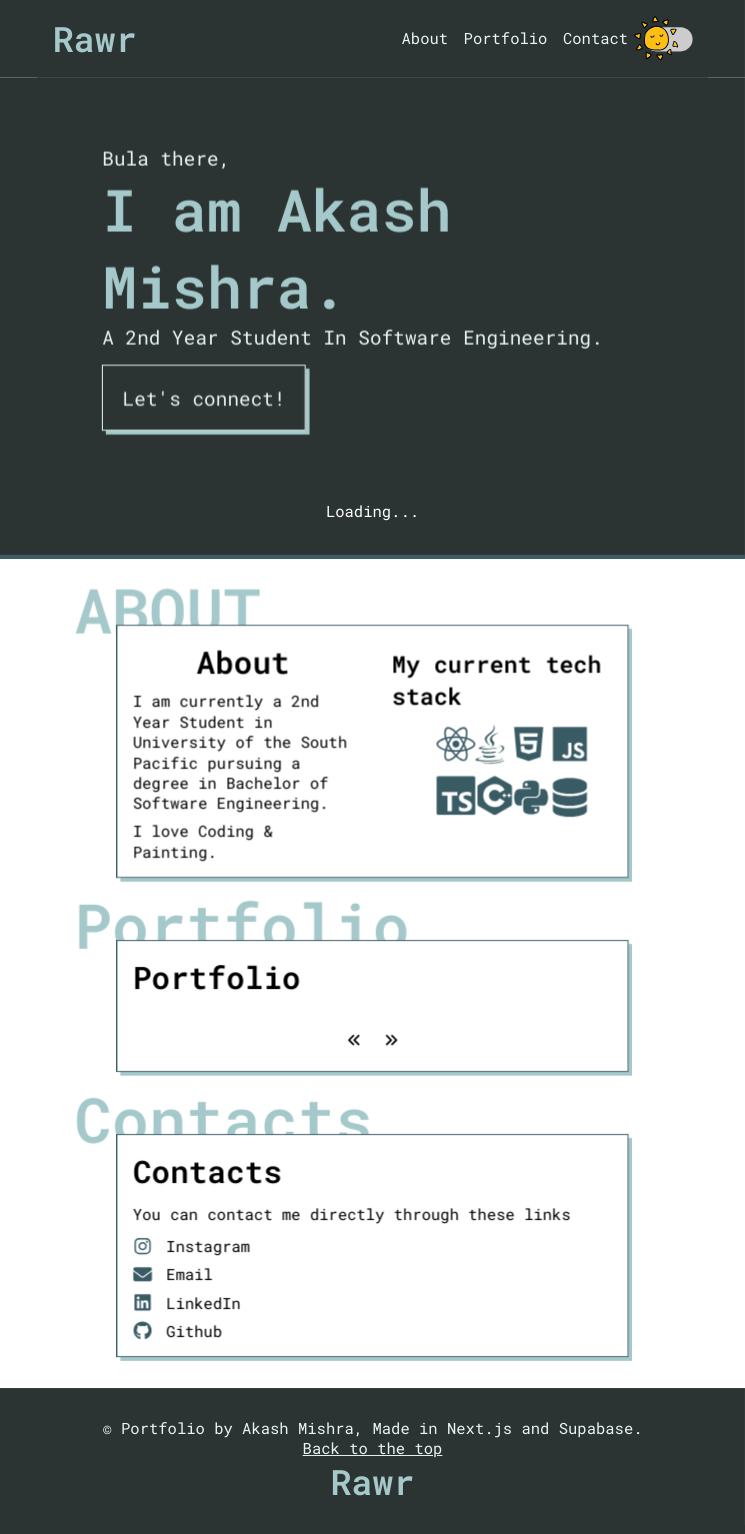
Repository: akashrawr/personal-portfolio
Page: /
An editor plug-in stored every save of this project. The page is shown before and after the next save, followed by the edit.
The browser window is 768 px wide. The pictures show the whole page, at 97% of full size.
The page's requests for data from a server got no answer. The project was rebuilt for these pictures with package versions that can differ from the ones it lists, and the page was loaded fresh each time. The framework's server and built-in components were replaced by stand-ins that run in the browser. No one was signed in, and anything a server would have sent is missing. Also part of the build but not shown: next.config.ts.

Above is the page before, as saved 2025-01-03 20:35:15.

After the next save:
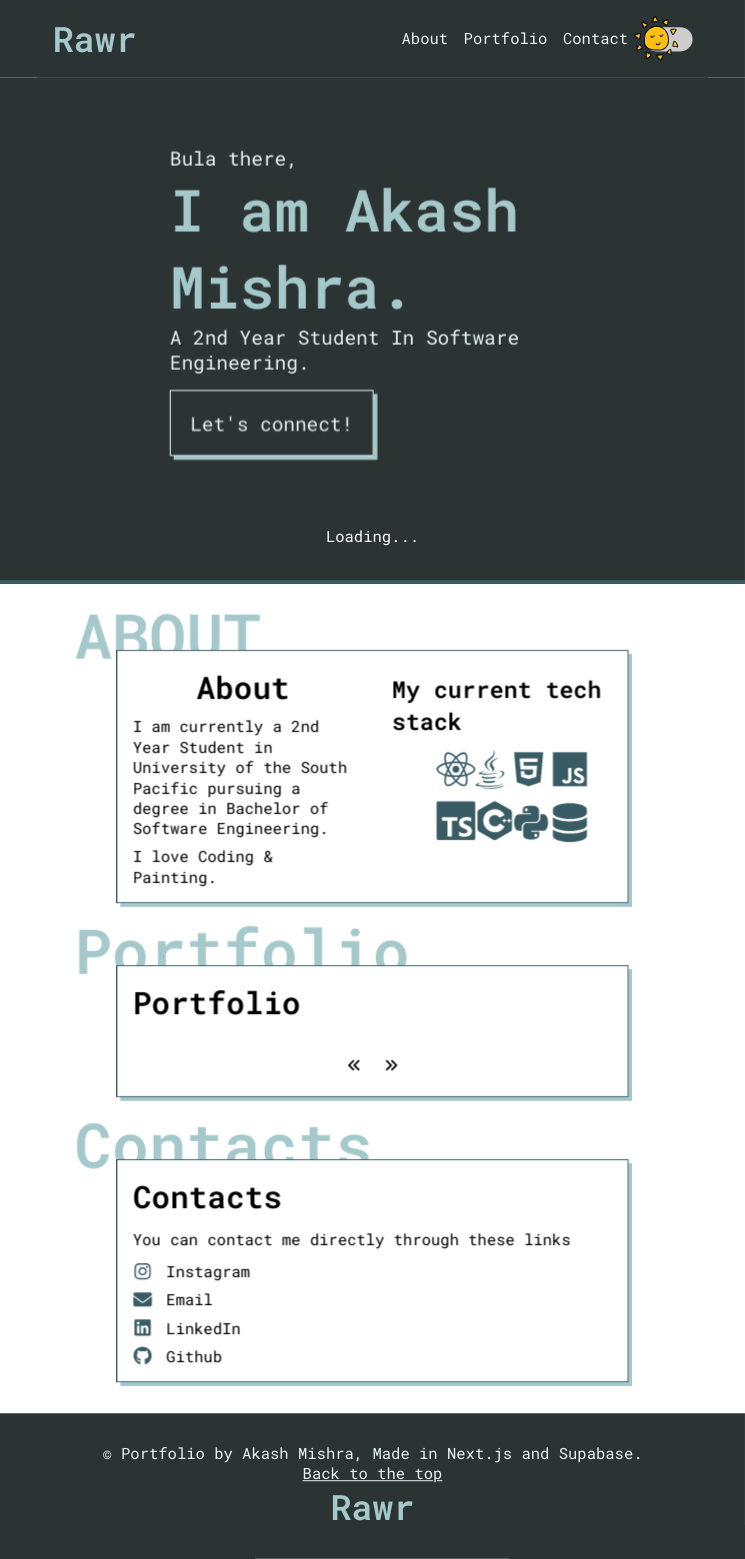
Saved 25 s later.
--- a/app/globals.css
+++ b/app/globals.css
@@ -307,7 +307,7 @@
     margin-top: 20px;
   }
   .hero-container, .hero-image {
-    max-width: 100%;
+    max-width: 70%;
     height: auto;
   }
   .hero-text-container {

After the save that followed:
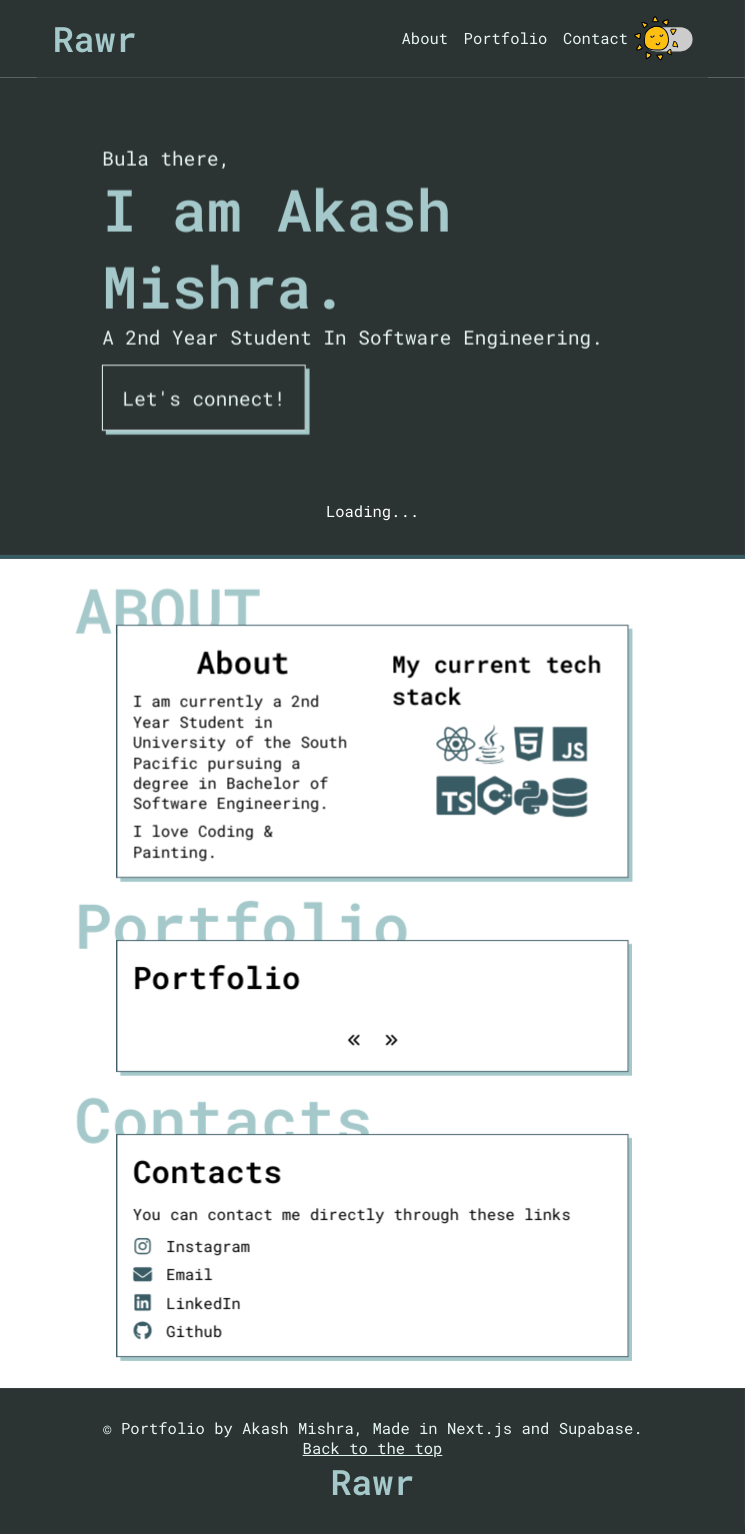
Saved 15 s later.
--- a/app/globals.css
+++ b/app/globals.css
@@ -307,7 +307,7 @@
     margin-top: 20px;
   }
   .hero-container, .hero-image {
-    max-width: 70%;
+    max-width: auto;
     height: auto;
   }
   .hero-text-container {
